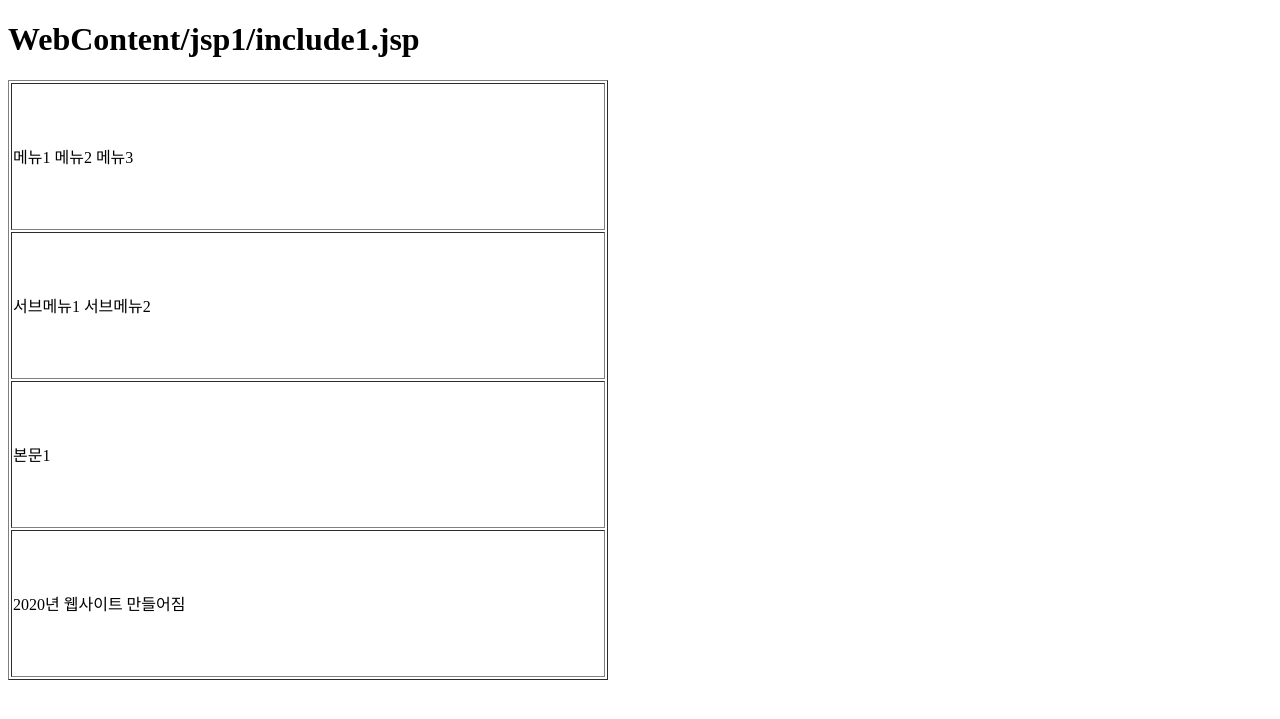
Repository: ReadStar/workspace_jsp
Page: http://localhost/StudyJSP/jsp1/include1.jsp
These files come from the project's save history. The page is drawn as it stood at one moment and after the next save; the edit follows.
The browser window is 1280 px wide. The pictures show the whole page.
The page is served by Tomcat 9. Other server files are loaded and not shown.

Above is the page before, as saved 2020-08-13 02:36:32.

### StudyJSP/WebContent/jsp1/include1.jsp
<%@ page language="java" contentType="text/html; charset=UTF-8"
    pageEncoding="UTF-8"%>
<!DOCTYPE html>
<html>
<head>
<meta charset="UTF-8">
<title>Insert title here</title>
</head>
<body>
<h1>WebContent/jsp1/include1.jsp</h1>
<table border="1" width="600" height="600">
<tr><td colspan="2"> 메뉴1 메뉴2 메뉴3</td></tr>
<tr><td>서브메뉴1 서브메뉴2</td></tr><td>본문1</td>
<tr><td colspan="2">2020년 웹사이트 만들어짐</td></tr>
</table>
</body>
</html>

After the next save:
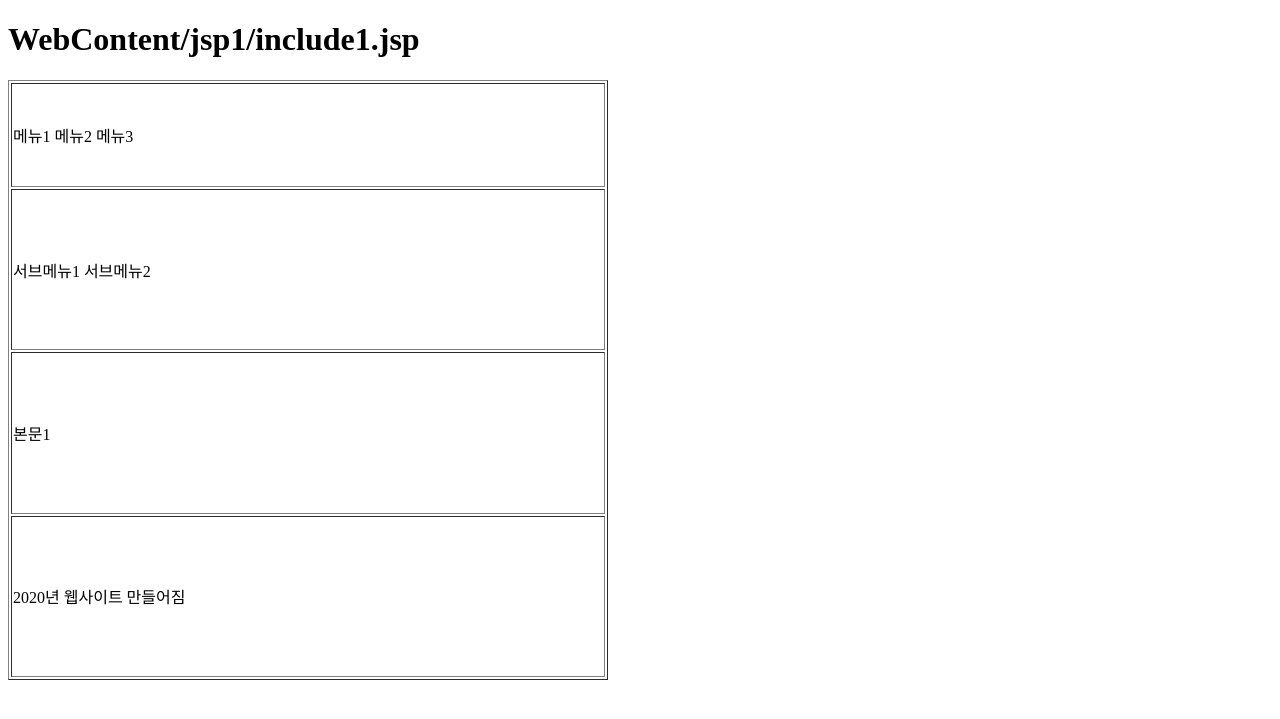
Saved 24 s later.
--- a/StudyJSP/WebContent/jsp1/include1.jsp
+++ b/StudyJSP/WebContent/jsp1/include1.jsp
@@ -9,7 +9,7 @@
 <body>
 <h1>WebContent/jsp1/include1.jsp</h1>
 <table border="1" width="600" height="600">
-<tr><td colspan="2"> 메뉴1 메뉴2 메뉴3</td></tr>
+<tr><td colspan="2" width="600" height="100"> 메뉴1 메뉴2 메뉴3</td></tr>
 <tr><td>서브메뉴1 서브메뉴2</td></tr><td>본문1</td>
 <tr><td colspan="2">2020년 웹사이트 만들어짐</td></tr>
 </table>
